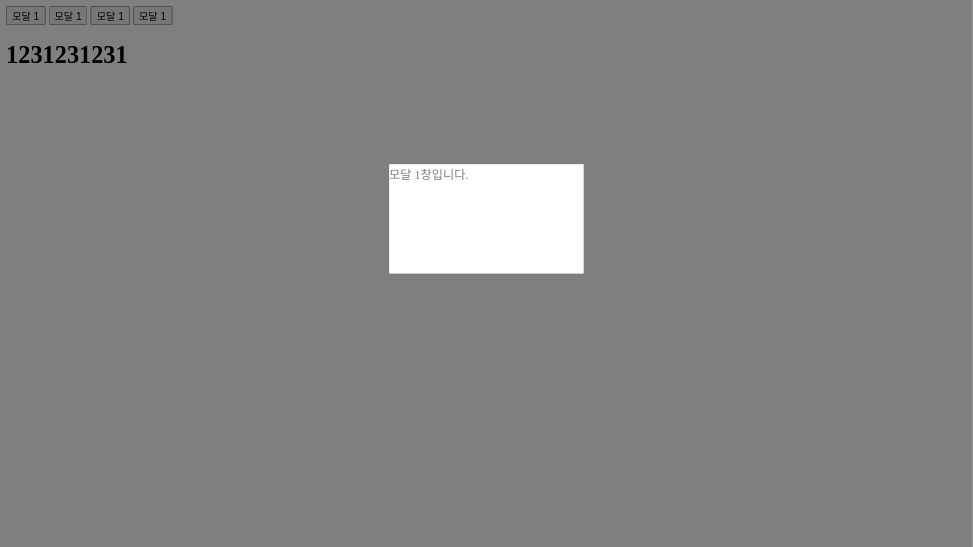
Repository: leetaehyeon123/SpringBaseSources
Page: http://localhost/modal/
An editor plug-in stored every save of this project. The page is shown before and after the next save, followed by the edit.
The browser window is 1280 px wide. The pictures show the whole page, at 76% of full size.
The page is served by Tomcat 9.

Above is the page before, as saved 2020-09-01 02:26:53.

After the next save:
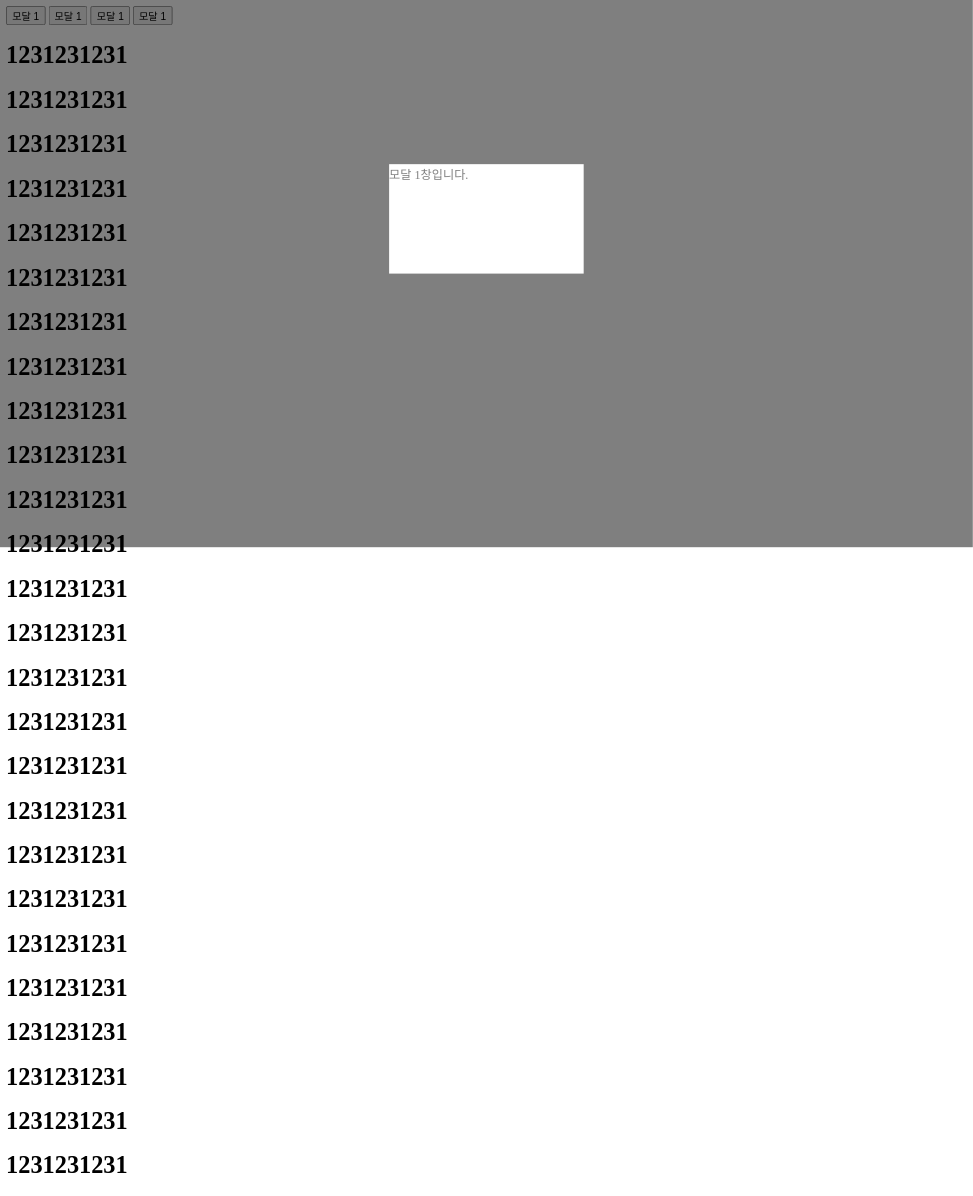
Saved 14 s later.
--- a/모달창 소스코드/modal/modal/src/main/webapp/WEB-INF/views/modal.jsp
+++ b/모달창 소스코드/modal/modal/src/main/webapp/WEB-INF/views/modal.jsp
@@ -22,27 +22,32 @@ function c1(){
 <input type="button" value="모달 1" onclick="modal1()">
 <input type="button" value="모달 1" onclick="modal1()">
 <input type="button" value="모달 1" onclick="modal1()">
-<h1></h1>
-<h1></h1>
-<h1></h1>
-<h1></h1>
-<h1></h1>
-<h1></h1>
-<h1></h1>
-<h1></h1>
-<h1></h1>
-<h1></h1>
-<h1></h1>
-<h1></h1>
-<h1></h1>
-<h1></h1>
-<h1></h1>
-<h1></h1>
-<h1></h1>
-<h1></h1>
-<h1></h1>
-<h1></h1>
-<h1></h1>
+
+<h1>1231231231</h1>
+<h1>1231231231</h1>
+<h1>1231231231</h1>
+<h1>1231231231</h1>
+<h1>1231231231</h1>
+<h1>1231231231</h1>
+<h1>1231231231</h1>
+<h1>1231231231</h1>
+<h1>1231231231</h1>
+<h1>1231231231</h1>
+<h1>1231231231</h1>
+<h1>1231231231</h1>
+<h1>1231231231</h1>
+<h1>1231231231</h1>
+<h1>1231231231</h1>
+<h1>1231231231</h1>
+<h1>1231231231</h1>
+<h1>1231231231</h1>
+<h1>1231231231</h1>
+<h1>1231231231</h1>
+<h1>1231231231</h1>
+<h1>1231231231</h1>
+<h1>1231231231</h1>
+<h1>1231231231</h1>
+<h1>1231231231</h1>
 <h1>1231231231</h1>
 
 
